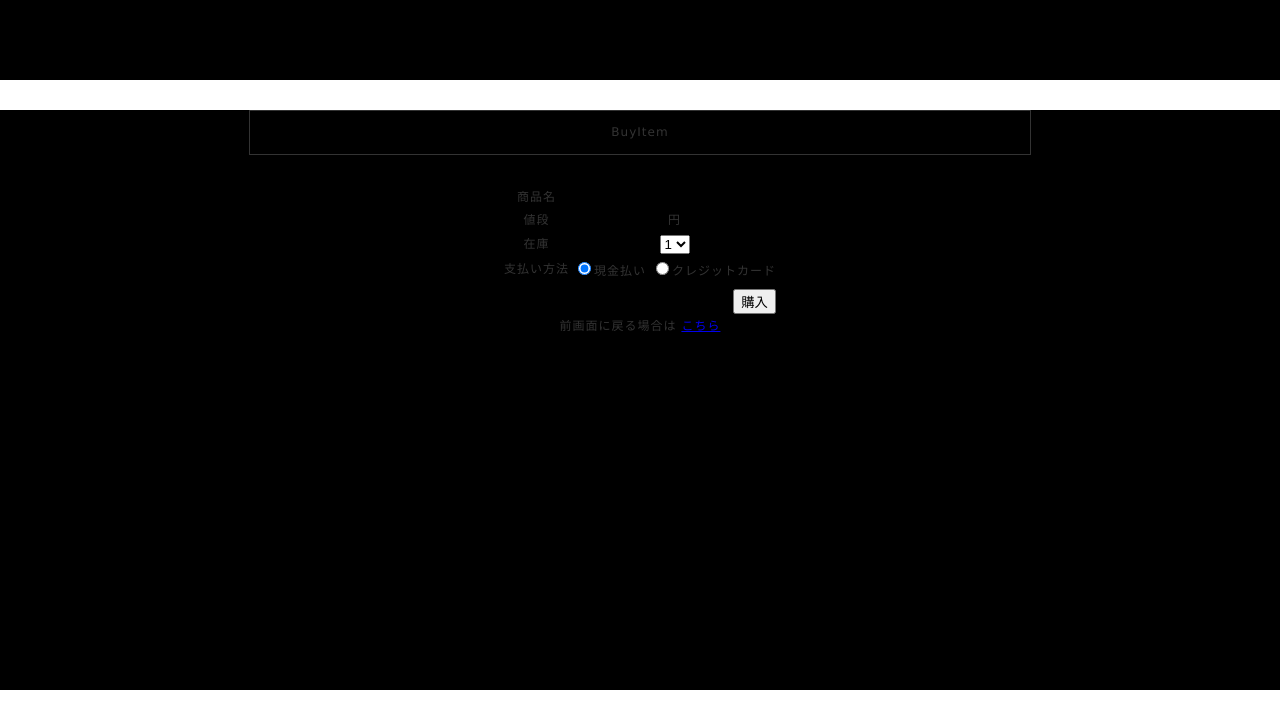
Repository: shimadaasato/test
Page: http://localhost/template/buyItem.jsp
The author's editor kept a copy of each file at every save. The page is drawn from the files as they stood at one save, then again after the next save.
The browser window is 1280 px wide. The pictures show the whole page.
The page is served by Tomcat 9. Other server files are loaded and not shown.

Above is the page before, as saved 2019-03-01 10:52:32.

### template/WebContent/buyItem.jsp
<%@ page language="java" contentType="text/html; charset=UTF-8"
    pageEncoding="UTF-8"%>
<%@ taglib prefix="s" uri="/struts-tags" %>

<!DOCTYPE html>

<html>
<head>

	<meta http-equiv="Content-Type" content="text/html; charset=UTF-8">
	<meta http-equiv="Content-Style-Type" content="text/css" />
	<meta http-equiv="Content-Script-Type" content="text/javascript" />
	<meta http-equiv="imagetoolbar" content="no" />
	<meta name="description" content="" />
	<meta name="keywords" content="" />

<title>buyItem画面</title>

<style type="text/css">

/*====TAG LAYOUT ====*/
body{
	margin: 0;
	padding: 0;
	line-height: 1.6;
	letter-spacing: 1px;
	font-family: Verdana,Helvetica,sans-serif;
	font-size: 12px;
	color: #333;
	background: #fff;

}

table{
	text-align: center;
	margin: 0 auto;

}

#top{
	width: 780px;
	margin: 30px auto;
	border: 1px solid #333;

}

#header{
	width: 100%;
	height: 80px;
	background-color: black;

}

#main{
	width: 100%;
	height: 80px;
	background-color: black;

}

#main{
	width: 100%;
	height: 500px;
	text-align: center;

}

#footer{
	width: 100%;
	height: 80px;
	background-color: black;
	clear: both;

}


</style>

</head>
<body>

	<div id="header">

		<div id="pr">
		</div>

	</div>

	<div id="main">

		<div id="top">

			<p>BuyItem</p>

		</div>

		<div>

		<s:form action="buyItemAction">

			<table>

				<tr>

					<td>

						<span>商品名</span>

					</td>

					<td>

						<s:property value="session.buyItem_name"/>

					</td>

				</tr>

				<tr>
						<td>

							<span>値段</span>

						</td>

						<td>

						<s:property value="session.buyItem_price"/>

							<span>円</span>

						</td>
				</tr>

				<tr>

					<td>

						<span>在庫</span>

					</td>

					<td>

							<select name="stock">

							<option value="1" selected="selected">1</option>
								<option value="2">2</option>
								<option value="3">3</option>
								<option value="4">4</option>
								<option value="5">5</option>

							</select>

					</td>

				</tr>

				<tr>

					<td>

						<span>支払い方法</span>

					</td>

					<td>

						<input type="radio" name="pay" value="1" checked="checked">現金払い

						<input type="radio" name="pay" value="2">クレジットカード

					</td>

				</tr>

				<tr>

					<td>

						<s:submit value="購入"/>

					</td>

				</tr>

			</table>

		</s:form>

			<div>

				<span>前画面に戻る場合は</span>

				<a href='<s:url action="HomeAction"/>'>こちら</a>

			</div>

		</div>



	</div>

	<div id="footer">

		<div id="pr">

		</div>

	</div>

</body>
</html>

After the next save:
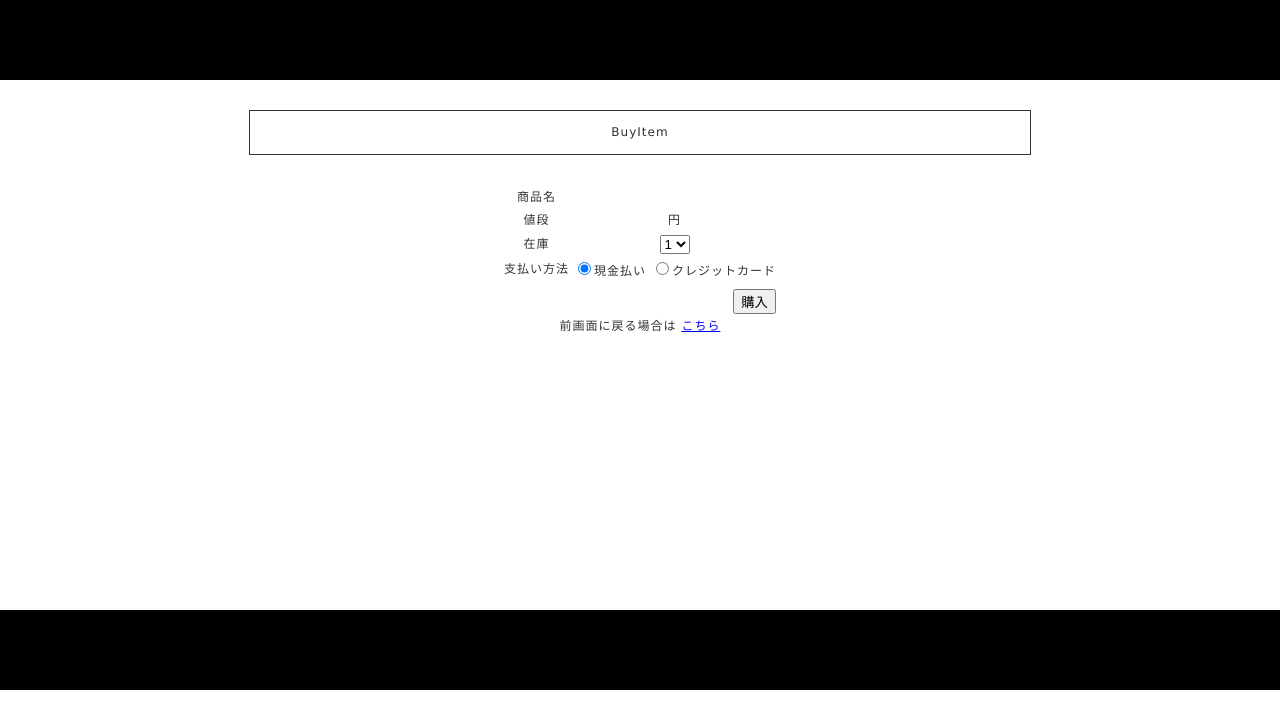
Saved 2 min 29 s later.
--- a/template/WebContent/buyItem.jsp
+++ b/template/WebContent/buyItem.jsp
@@ -51,12 +51,6 @@
 
 }
 
-#main{
-	width: 100%;
-	height: 80px;
-	background-color: black;
-
-}
 
 #main{
 	width: 100%;
